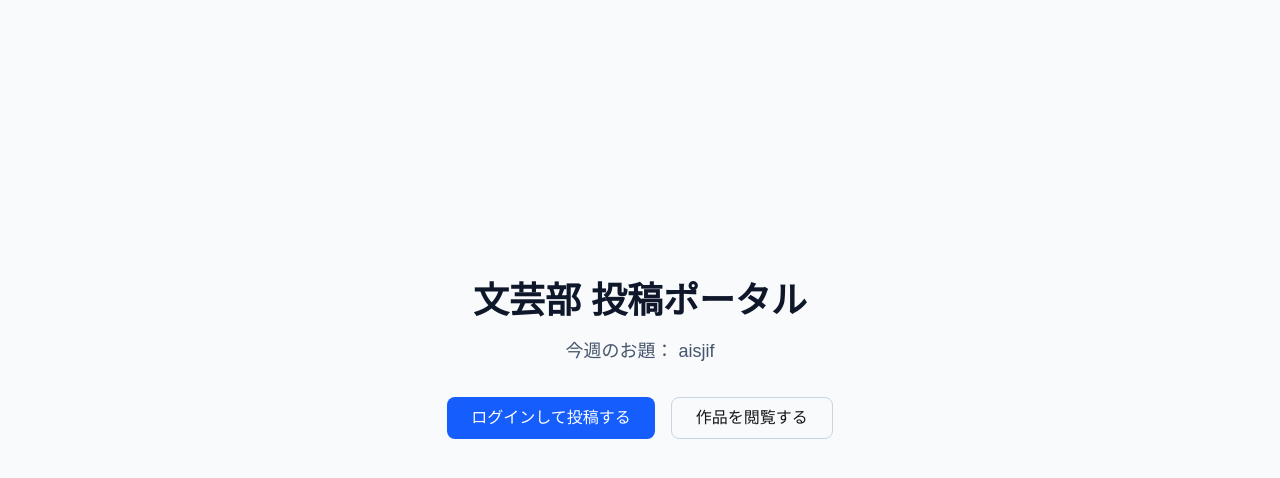
Repository: P-man2976/Literary-club-app
Page: /
These files come from the project's save history. The page is drawn as it stood at one moment and after a run of saves; the edit follows.
The browser window is 1280 px wide. The pictures show the whole page.
The project was rebuilt for these pictures with package versions that can differ from the ones it lists, and the page was loaded fresh each time. The framework's server and built-in components were replaced by stand-ins that run in the browser. Also part of the build but not shown: next.config.ts.

Above is the page before, as saved 2026-01-31 11:00:16.

### app/page.tsx
export default function Home() {
  return (
    <main className="flex min-h-screen flex-col items-center justify-center p-24 bg-slate-50">
      <h1 className="text-4xl font-bold text-slate-900 mb-4">
        文芸部 投稿ポータル
      </h1>
      <p className="text-lg text-slate-600 mb-8">
        今週のお題： aisjif

      </p>
      <div className="flex gap-4">
        <button className="px-6 py-2 bg-blue-600 text-white rounded-lg font-medium">
          ログインして投稿する
        </button>
        <button className="px-6 py-2 border border-slate-300 rounded-lg font-medium">
          作品を閲覧する
        </button>
      </div>
    </main>
  );
}

Loaded but not shown: app/layout.tsx (common file); app/globals.css (common file)

After the next 2 saves:
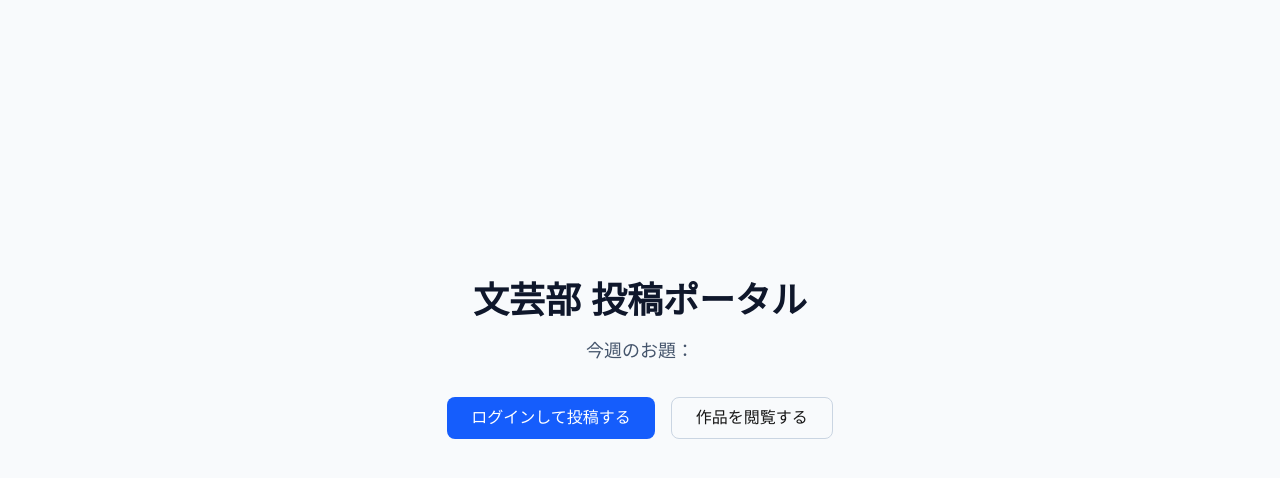
The 2 saves are shown as one change because they came seconds apart.
The last was saved 7 s later.
--- a/app/page.tsx
+++ b/app/page.tsx
@@ -5,8 +5,7 @@ export default function Home() {
         文芸部 投稿ポータル
       </h1>
       <p className="text-lg text-slate-600 mb-8">
-        今週のお題： aisjif
-
+        今週のお題：
       </p>
       <div className="flex gap-4">
         <button className="px-6 py-2 bg-blue-600 text-white rounded-lg font-medium">
